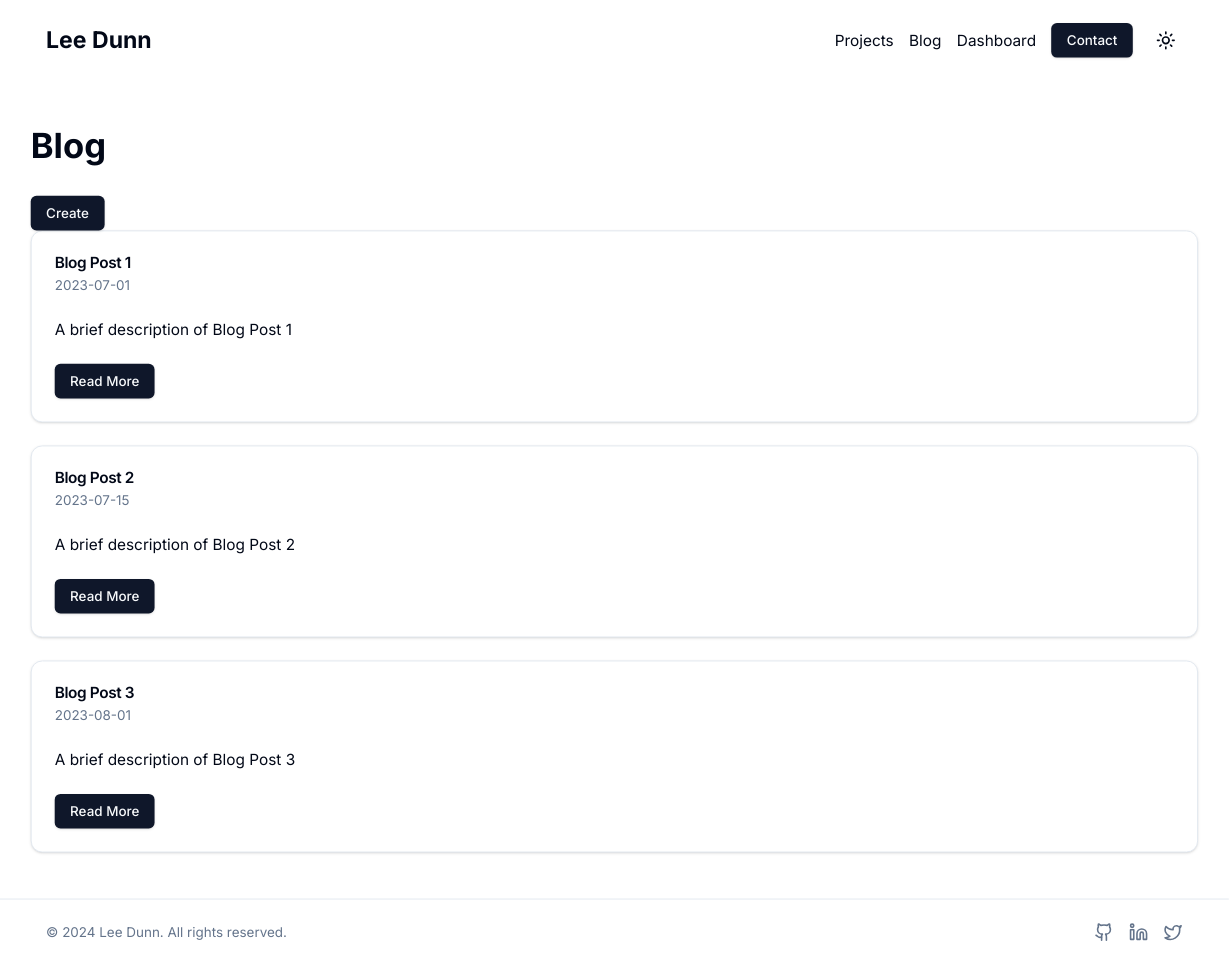
Repository: OriginalLeeDunn/pkm-portfolio
Page: /blog
An editor plug-in stored every save of this project. The page is shown before and after the next save, followed by the edit.
The browser window is 1280 px wide. The pictures show the whole page, at 96% of full size.
The project was rebuilt for these pictures with package versions that can differ from the ones it lists, and the page was loaded fresh each time. The framework's server and built-in components were replaced by stand-ins that run in the browser. Also part of the build but not shown: next.config.mjs.

Above is the page before, as saved 2024-10-18 10:30:37.

### src/app/layout.tsx
import './globals.css'
import type { Metadata } from 'next'
import { Inter } from 'next/font/google'
import Header from '@/components/home-page//Header'
import Footer from '@/components/home-page/Footer'
import { ThemeProvider } from '@/components/home-page/ThemeProvider'

const inter = Inter({ subsets: ['latin'] })

export const metadata: Metadata = {
  title: 'PKM Portoflio: Lee Dunn - Developer & Digital Designer',
  description: 'PKM Portfolio showcasing web development and digital design skills.',
}

export default function RootLayout({
  children,
}: {
  children: React.ReactNode
}) {
  return (
    <html lang="en" suppressHydrationWarning>
      <body className={inter.className}>
        <ThemeProvider attribute="class" defaultTheme="system" enableSystem>
          <Header />
          <main>{children}</main>
          <Footer />
        </ThemeProvider>
      </body>
    </html>
  )
}

### src/app/blog/page.tsx
import Link from 'next/link'
import { Card, CardContent, CardDescription, CardFooter, CardHeader, CardTitle } from "@/components/home-page/ui/card"
import { Button } from "@/components/home-page/ui/button"

const posts = [
  { id: 1, title: "Blog Post 1", description: "A brief description of Blog Post 1", date: "2023-07-01" },
  { id: 2, title: "Blog Post 2", description: "A brief description of Blog Post 2", date: "2023-07-15" },
  { id: 3, title: "Blog Post 3", description: "A brief description of Blog Post 3", date: "2023-08-01" },
]

export default function BlogPage() {
  return (
    <div className="container mx-auto py-12">
      <h1 className="text-4xl font-bold mb-8">Blog</h1>
        <Button>
          <Link href={'/blog/'}>Create</Link>
        </Button>
      <div className="space-y-6">
        {posts.map((post) => (
          <Card key={post.id}>
            <CardHeader>
              <CardTitle>{post.title}</CardTitle>
              <CardDescription>{post.date}</CardDescription>
            </CardHeader>
            <CardContent>
              <p>{post.description}</p>
            </CardContent>
            <CardFooter>
              <Button asChild>
                <Link href={`/blog/${post.id}`}>Read More</Link>
              </Button>
            </CardFooter>
          </Card>
        ))}
      </div>
    </div>
  )
}

### src/components/home-page/Header.tsx
import Link from 'next/link'
import { Button } from '@/components/home-page/ui/button'
import { ThemeToggle } from '@/components/home-page/ThemeToggle'

export default function Header() {
  return (
    <header className="w-full py-6 px-4 bg-background">
      <div className="container mx-auto flex justify-between items-center">
        <Link href="/" className="text-2xl font-bold">
          Lee Dunn
        </Link>
        <nav className="flex items-center space-x-4">
          <Link href="/projects">Projects</Link>
          <Link href="/blog">Blog</Link>
          <Link href="/dashboard">Dashboard</Link>
          <Button asChild><Link href="/contact">Contact</Link></Button>
          <ThemeToggle />
        </nav>
      </div>
    </header>
  )
}

### src/components/home-page/Footer.tsx
import Link from 'next/link'
import { Github, Linkedin, Twitter } from 'lucide-react'

export default function Footer() {
  return (
    <footer className="w-full py-6 px-4 bg-background border-t">
      <div className="container mx-auto flex flex-col md:flex-row justify-between items-center">
        <p className="text-sm text-muted-foreground">© 2024 Lee Dunn. All rights reserved.</p>
        <nav className="mt-4 md:mt-0">
          <ul className="flex space-x-4">
            <li><Link href="#" className="text-muted-foreground hover:text-foreground"><Github size={20} /></Link></li>
            <li><Link href="#" className="text-muted-foreground hover:text-foreground"><Linkedin size={20} /></Link></li>
            <li><Link href="#" className="text-muted-foreground hover:text-foreground"><Twitter size={20} /></Link></li>
          </ul>
        </nav>
      </div>
    </footer>
  )
}

### src/components/home-page/ThemeProvider.tsx
'use client'

import * as React from "react"
import { ThemeProvider as NextThemesProvider } from "next-themes"
import { type ThemeProviderProps } from "next-themes/dist/types"

export function ThemeProvider({ children, ...props }: ThemeProviderProps) {
  return <NextThemesProvider {...props}>{children}</NextThemesProvider>
}

### src/components/home-page/ui/card.tsx
import * as React from "react"

import { cn } from "@/lib/utils"

const Card = React.forwardRef<
  HTMLDivElement,
  React.HTMLAttributes<HTMLDivElement>
>(({ className, ...props }, ref) => (
  <div
    ref={ref}
    className={cn(
      "rounded-xl border bg-card text-card-foreground shadow",
      className
    )}
    {...props}
  />
))
Card.displayName = "Card"

const CardHeader = React.forwardRef<
  HTMLDivElement,
  React.HTMLAttributes<HTMLDivElement>
>(({ className, ...props }, ref) => (
  <div
    ref={ref}
    className={cn("flex flex-col space-y-1.5 p-6", className)}
    {...props}
  />
))
CardHeader.displayName = "CardHeader"

const CardTitle = React.forwardRef<
  HTMLParagraphElement,
  React.HTMLAttributes<HTMLHeadingElement>
>(({ className, ...props }, ref) => (
  <h3
    ref={ref}
    className={cn("font-semibold leading-none tracking-tight", className)}
    {...props}
  />
))
CardTitle.displayName = "CardTitle"

const CardDescription = React.forwardRef<
  HTMLParagraphElement,
  React.HTMLAttributes<HTMLParagraphElement>
>(({ className, ...props }, ref) => (
  <p
    ref={ref}
    className={cn("text-sm text-muted-foreground", className)}
    {...props}
  />
))
CardDescription.displayName = "CardDescription"

const CardContent = React.forwardRef<
  HTMLDivElement,
  React.HTMLAttributes<HTMLDivElement>
>(({ className, ...props }, ref) => (
  <div ref={ref} className={cn("p-6 pt-0", className)} {...props} />
))
CardContent.displayName = "CardContent"

const CardFooter = React.forwardRef<
  HTMLDivElement,
  React.HTMLAttributes<HTMLDivElement>
>(({ className, ...props }, ref) => (
  <div
    ref={ref}
    className={cn("flex items-center p-6 pt-0", className)}
    {...props}
  />
))
CardFooter.displayName = "CardFooter"

export { Card, CardHeader, CardFooter, CardTitle, CardDescription, CardContent }

### src/components/home-page/ui/button.tsx
import * as React from "react"
import { Slot } from "@radix-ui/react-slot"
import { cva, type VariantProps } from "class-variance-authority"

import { cn } from "@/lib/utils"

const buttonVariants = cva(
  "inline-flex items-center justify-center whitespace-nowrap rounded-md text-sm font-medium transition-colors focus-visible:outline-none focus-visible:ring-1 focus-visible:ring-ring disabled:pointer-events-none disabled:opacity-50",
  {
    variants: {
      variant: {
        default:
          "bg-primary text-primary-foreground shadow hover:bg-primary/90",
        destructive:
          "bg-destructive text-destructive-foreground shadow-sm hover:bg-destructive/90",
        outline:
          "border border-input bg-background shadow-sm hover:bg-accent hover:text-accent-foreground",
        secondary:
          "bg-secondary text-secondary-foreground shadow-sm hover:bg-secondary/80",
        ghost: "hover:bg-accent hover:text-accent-foreground",
        link: "text-primary underline-offset-4 hover:underline",
      },
      size: {
        default: "h-9 px-4 py-2",
        sm: "h-8 rounded-md px-3 text-xs",
        lg: "h-10 rounded-md px-8",
        icon: "h-9 w-9",
      },
    },
    defaultVariants: {
      variant: "default",
      size: "default",
    },
  }
)

export interface ButtonProps
  extends React.ButtonHTMLAttributes<HTMLButtonElement>,
    VariantProps<typeof buttonVariants> {
  asChild?: boolean
}

const Button = React.forwardRef<HTMLButtonElement, ButtonProps>(
  ({ className, variant, size, asChild = false, ...props }, ref) => {
    const Comp = asChild ? Slot : "button"
    return (
      <Comp
        className={cn(buttonVariants({ variant, size, className }))}
        ref={ref}
        {...props}
      />
    )
  }
)
Button.displayName = "Button"

export { Button, buttonVariants }

### src/components/home-page/ThemeToggle.tsx
'use client'

import * as React from "react"
import { Moon, Sun } from "lucide-react"
import { useTheme } from "next-themes"
import { Button } from "@/components/home-page/ui/button"

export function ThemeToggle() {
  const { setTheme, theme } = useTheme()

  return (
    <Button
      variant="ghost"
      size="icon"
      onClick={() => setTheme(theme === "light" ? "dark" : "light")}
    >
      <Sun className="h-[1.5rem] w-[1.3rem] dark:hidden" />
      <Moon className="hidden h-5 w-5 dark:block" />
      <span className="sr-only">Toggle theme</span>
    </Button>
  )
}

### tailwind.config.ts
/** @type {import('tailwindcss').Config} */
module.exports = {
  darkMode: ["class"],
  content: [
    './pages/**/*.{ts,tsx}',
    './components/**/*.{ts,tsx}',
    './app/**/*.{ts,tsx}',
    './src/**/*.{ts,tsx}',
  ],
  theme: {
  	container: {
  		center: 'true',
  		padding: '2rem',
  		screens: {
  			'2xl': '1400px'
  		}
  	},
  	extend: {
  		colors: {
  			border: 'hsl(var(--border))',
  			input: 'hsl(var(--input))',
  			ring: 'hsl(var(--ring))',
  			background: 'hsl(var(--background))',
  			foreground: 'hsl(var(--foreground))',
  			primary: {
  				DEFAULT: 'hsl(var(--primary))',
  				foreground: 'hsl(var(--primary-foreground))'
  			},
  			secondary: {
  				DEFAULT: 'hsl(var(--secondary))',
  				foreground: 'hsl(var(--secondary-foreground))'
  			},
  			destructive: {
  				DEFAULT: 'hsl(var(--destructive))',
  				foreground: 'hsl(var(--destructive-foreground))'
  			},
  			muted: {
  				DEFAULT: 'hsl(var(--muted))',
  				foreground: 'hsl(var(--muted-foreground))'
  			},
  			accent: {
  				DEFAULT: 'hsl(var(--accent))',
  				foreground: 'hsl(var(--accent-foreground))'
  			},
  			popover: {
  				DEFAULT: 'hsl(var(--popover))',
  				foreground: 'hsl(var(--popover-foreground))'
  			},
  			card: {
  				DEFAULT: 'hsl(var(--card))',
  				foreground: 'hsl(var(--card-foreground))'
  			},
  			chart: {
  				'1': 'hsl(var(--chart-1))',
  				'2': 'hsl(var(--chart-2))',
  				'3': 'hsl(var(--chart-3))',
  				'4': 'hsl(var(--chart-4))',
  				'5': 'hsl(var(--chart-5))'
  			}
  		},
  		borderRadius: {
  			lg: 'var(--radius)',
  			md: 'calc(var(--radius) - 2px)',
  			sm: 'calc(var(--radius) - 4px)'
  		},
  		keyframes: {
  			'accordion-down': {
  				from: {
  					height: '0'
  				},
  				to: {
  					height: 'var(--radix-accordion-content-height)'
  				}
  			},
  			'accordion-up': {
  				from: {
  					height: 'var(--radix-accordion-content-height)'
  				},
  				to: {
  					height: '0'
  				}
  			}
  		},
  		animation: {
  			'accordion-down': 'accordion-down 0.2s ease-out',
  			'accordion-up': 'accordion-up 0.2s ease-out'
  		}
  	}
  },
  plugins: [require("tailwindcss-animate")],
}

Loaded but not shown: src/app/globals.css (common file); src/lib/utils.ts (common file)

After the next save:
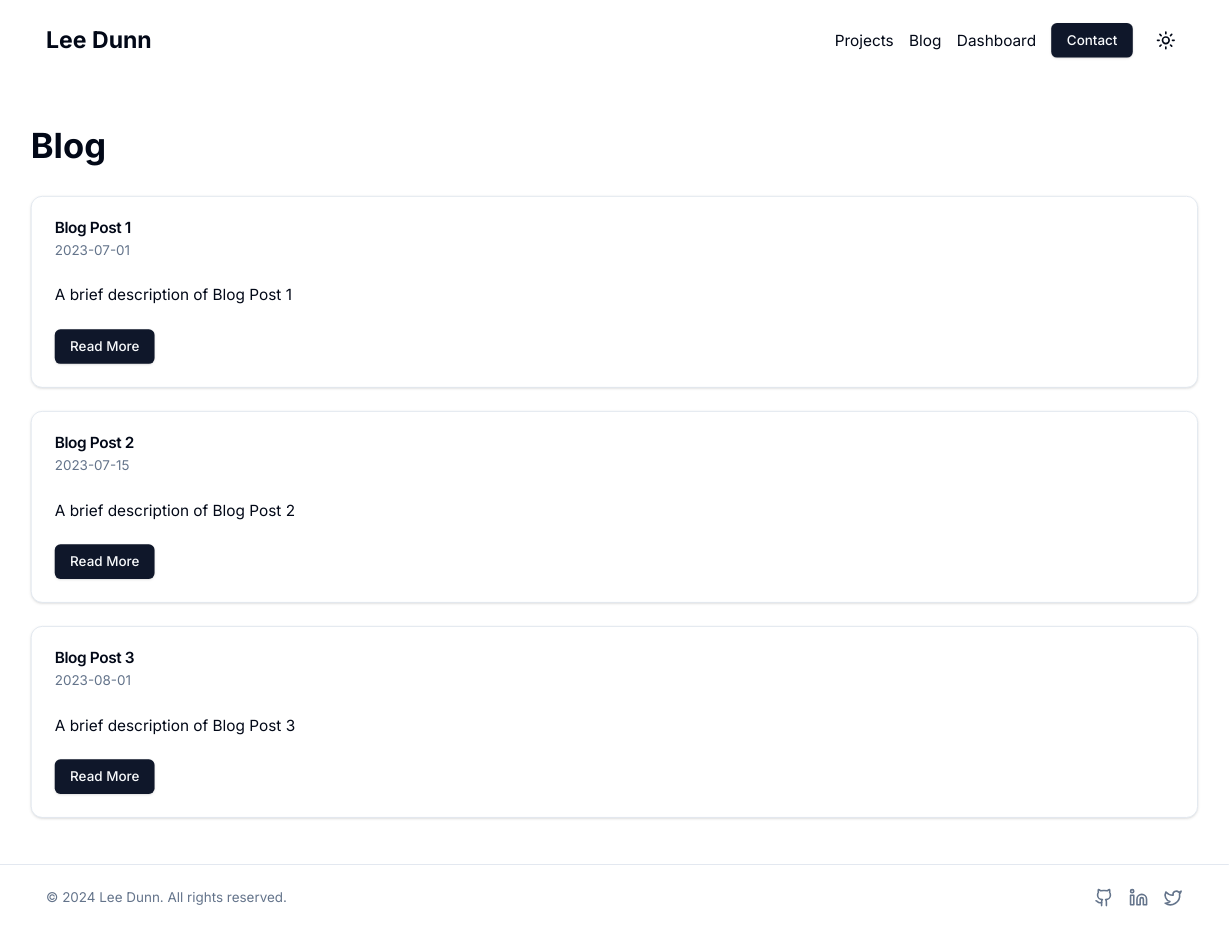
Saved 14 h 44 min later.
--- a/src/app/blog/page.tsx
+++ b/src/app/blog/page.tsx
@@ -12,9 +12,6 @@ export default function BlogPage() {
   return (
     <div className="container mx-auto py-12">
       <h1 className="text-4xl font-bold mb-8">Blog</h1>
-        <Button>
-          <Link href={'/blog/'}>Create</Link>
-        </Button>
       <div className="space-y-6">
         {posts.map((post) => (
           <Card key={post.id}>
